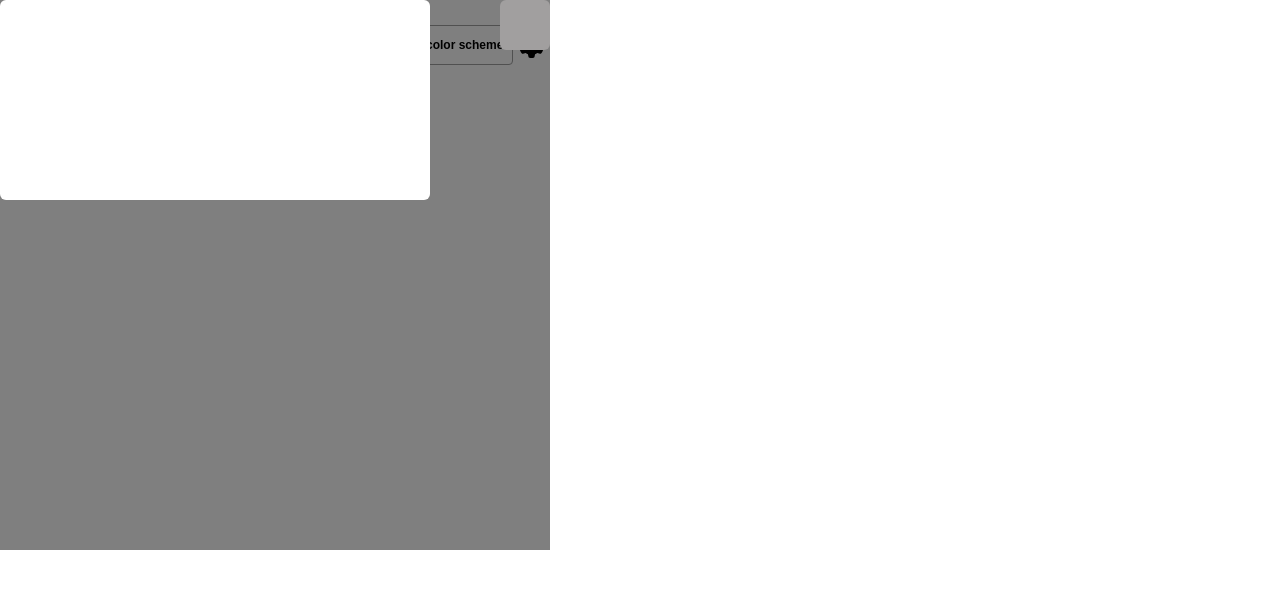
Repository: RadziSzop/colorPicker
Page: index.html
An editor plug-in stored every save of this project. The page is shown before and after the next save, followed by the edit.
The browser window is 1280 px wide. The pictures show the whole page.

Above is the page before, as saved 2022-03-04 23:23:01.

### index.html
<!DOCTYPE html>
<html lang="en">
  <head>
    <meta charset="UTF-8" />
    <meta http-equiv="X-UA-Compatible" content="IE=edge" />
    <meta name="viewport" content="width=device-width, initial-scale=1.0" />
    <link rel="stylesheet" href="style.css" />
    <link rel="preconnect" href="https://fonts.googleapis.com" />
    <link rel="preconnect" href="https://fonts.gstatic.com" crossorigin />
    <link
      href="https://fonts.googleapis.com/css2?family=Roboto:wght@400;700&display=swap"
      rel="stylesheet"
    />
    <title>Document</title>
  </head>
  <body>
    <!-- <p id="test">ok</p> -->
    <div class="container">
      <div class="modal">
        <div class="closeBtn"></div>
        <div class="settings"></div>
      </div>
      <div class="main">
        <input type="color" id="color-picker" />
        <select id="menu">
          <option value="Monochrome">Monochrome</option>
          <option value="Monochrome-dark">Monochrome-dark</option>
          <option value="Monochrome-light">Monochrome-light</option>
          <option value="Analogic">Analogic</option>
          <option value="Complement">Complement</option>
          <option value="Analogic-complement">Analogic-complement</option>
          <option value="Triad">Triad</option>
        </select>
        <button id="submit-button">Get color scheme</button>
        <!-- <button id="settings-button">Settings</button> -->
        <div class="gear">
          <img src="images/gear-solid.svg" alt="" />
        </div>
      </div>
      <div class="colors">
        <div class="colorBox" id="color1"></div>
        <div class="colorBox" id="color2"></div>
        <div class="colorBox" id="color3"></div>
        <div class="colorBox" id="color4"></div>
        <div class="colorBox" id="color5"></div>
      </div>
      <div class="color_values">
        <div class="valueBox"><p id="value1"></p></div>
        <div class="valueBox"><p id="value2"></p></div>
        <div class="valueBox"><p id="value3"></p></div>
        <div class="valueBox"><p id="value4"></p></div>
        <div class="valueBox"><p id="value5"></p></div>
      </div>
    </div>

    <script src="main.js"></script>
  </body>
</html>

### style.css
* {
  box-sizing: border-box;
}
img {
  height: 100%;
  width: 100%;
}

html {
  font-family: "Roboto", sans-serif;
}
html,
body {
  margin: 0;
  padding: 0;
}
body {
  position: absolute;
}
select {
  width: 320px;
  height: 40px;
  border-radius: 6px;
  font-weight: 700;
  border: 1px rgb(160, 160, 160) solid;
}
button {
  width: 120px;
  height: 40px;
  font-size: 12px;
  background-color: white;
  border: 1px rgb(160, 160, 160) solid;
  border-radius: 4px;
  font-weight: 700;
  cursor: pointer;
  transition: transform 0.2s;
}
option {
  padding-top: 5px;
}
.buttonClick {
  transform: scale(1.1);
}

.container {
  width: 550px;
  height: 550px;
  display: flex;
  flex-direction: column;
}
.main {
  height: 90px;
  width: 100%;
  background-color: rgb(255, 255, 255);
  display: flex;
  justify-content: space-evenly;
  align-items: center;
}
.gear {
  height: 25px;
  width: 25px;
}

.colors {
  height: 415px;
  display: flex;
}
.colorBox {
  width: 20%;
  height: 100%;
  background-color: rgb(255, 255, 255);
  transition: background 1s;
  /* border: 1px black solid; */
}
.color_values {
  height: 45px;
  display: flex;
  /* background-color: gray; */
}
.valueBox {
  height: 100%;
  width: 20%;
  /* border: 1px solid black; */
  display: flex;
  justify-content: center;
  align-items: center;
  font-weight: 700;
}
#color-picker {
  padding: 0;
  margin: 0;
  height: 47px;
  width: 55px;
  border: none;
  outline: none;
  -webkit-appearance: none;
  background-color: white;
}

/* modal */

.modal {
  display: hidden;
  justify-content: center;
  align-items: center;
  position: fixed;
  height: 550px;
  width: 550px;
  background-color: rgba(0, 0, 0, 0.5);
}

.settings {
  border-radius: 6px;
  height: 200px;
  width: 430px;
  background-color: white;
}
.closeBtn {
  position: absolute;
  right: 0px;
  top: 0px;
  height: 50px;
  width: 50px;
  border-radius: 6px;
  background-color: rgb(161, 159, 159);
}

### main.js
let colorEl1 = document.querySelector("#color1")
let colorEl2 = document.querySelector("#color2")
let colorEl3 = document.querySelector("#color3")
let colorEl4 = document.querySelector("#color4")
let colorEl5 = document.querySelector("#color5")
let valueEl1 = document.querySelector("#value1")
let valueEl2 = document.querySelector("#value2")
let valueEl3 = document.querySelector("#value3")
let valueEl4 = document.querySelector("#value4")
let valueEl5 = document.querySelector("#value5")
let submitBtnEl = document.querySelector("#submit-button")
let settingsBtnEl = document.querySelector("#settings-button")
let colorPicerEl = document.querySelector("#color-picker")
let menuEl = document.querySelector("#menu")
let modalEl = document.querySelector(".modal")
let testEl = document.querySelector("#test")
let closeBtnEl = document.querySelector(".closeBtn")
let gearEl = document.querySelector(".gear")
console.log(modalEl)
let apiData
//     chrome.storage.sync.get('foo', function(items) {
//         testEl.textContent =  JSON.stringify(items);
//       });



submitBtnEl.addEventListener("click", getingColors)

function getingColors(){
    let color = colorPicerEl.value.slice(1)
    let type = menuEl.value.toLowerCase()

    // chrome.storage.sync.set({'foo': color}, function() {
    //     console.log('Settings saved');
    //   });

    fetch(`https://www.thecolorapi.com/scheme?hex=${color}&mode=${type}`)
    .then(response => response.json())
    .then(json => {
        apiData = json

        colorEl1.style.backgroundColor = apiData.colors[0].rgb.value
        colorEl2.style.backgroundColor = apiData.colors[1].rgb.value
        colorEl3.style.backgroundColor = apiData.colors[2].rgb.value
        colorEl4.style.backgroundColor = apiData.colors[3].rgb.value
        colorEl5.style.backgroundColor = apiData.colors[4].rgb.value

        valueEl1.textContent = apiData.colors[0].hex.clean
        valueEl2.textContent = apiData.colors[1].hex.clean
        valueEl3.textContent = apiData.colors[2].hex.clean
        valueEl4.textContent = apiData.colors[3].hex.clean
        valueEl5.textContent = apiData.colors[4].hex.clean
    })
}
console.log(modalEl)
gearEl.addEventListener("click", function(){
    modalEl.style.display = "flex"
})

closeBtnEl.addEventListener("click", function(){
    modalEl.style.display = "none"
})

After the next save:
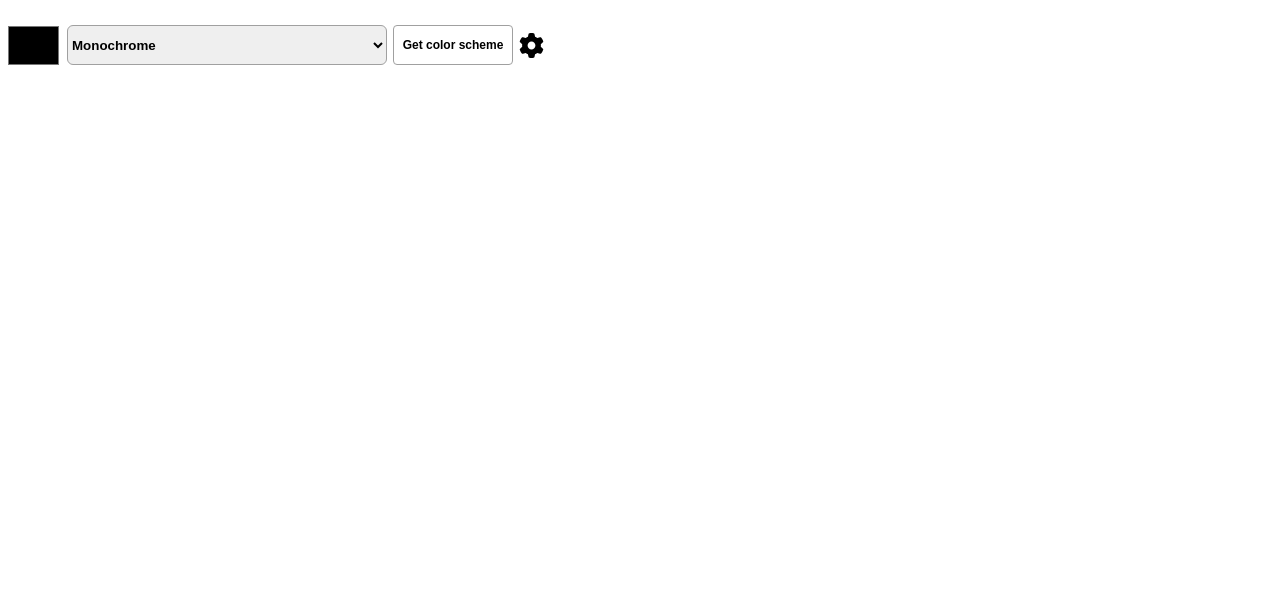
Saved 10 s later.
--- a/style.css
+++ b/style.css
@@ -100,7 +100,7 @@
 /* modal */
 
 .modal {
-  display: hidden;
+  display: none;
   justify-content: center;
   align-items: center;
   position: fixed;
